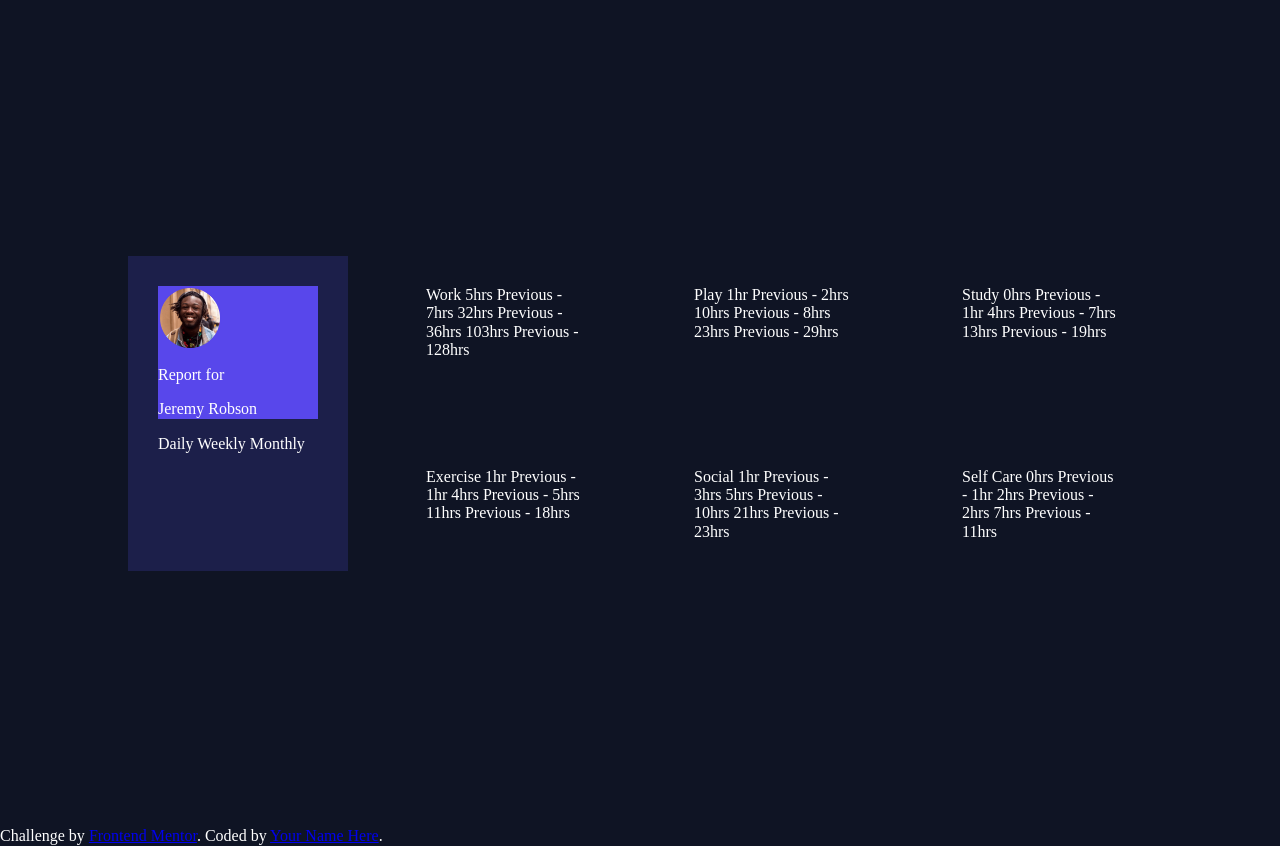
Repository: Jay-JYKim91/FM_time-tracking-dashboard
Page: index.html
These files come from the project's save history. The page is drawn as it stood at one moment and after the next save; the edit follows.
The browser window is 1280 px wide. The pictures show the whole page.

Above is the page before, as saved 2021-12-15 22:18:53.

### index.html
<!DOCTYPE html>
<html lang="en">
<head>
  <meta charset="UTF-8">
  <meta name="viewport" content="width=device-width, initial-scale=1.0"> <!-- displays site properly based on user's device -->

  <link rel="icon" type="image/png" sizes="32x32" href="./images/favicon-32x32.png">

  <title>Time tracking dashboard</title>
  <link rel="stylesheet" href="https://cdnjs.cloudflare.com/ajax/libs/normalize/8.0.1/normalize.min.css" integrity="sha512-NhSC1YmyruXifcj/KFRWoC561YpHpc5Jtzgvbuzx5VozKpWvQ+4nXhPdFgmx8xqexRcpAglTj9sIBWINXa8x5w==" crossorigin="anonymous" referrerpolicy="no-referrer" />
  <link rel="preconnect" href="https://fonts.googleapis.com">
  <link rel="preconnect" href="https://fonts.gstatic.com" crossorigin>
  <link href="https://fonts.googleapis.com/css2?family=Rubik:wght@300;400;500&display=swap" rel="stylesheet">
  <link rel="stylesheet" href="style.css">
  <script src="main.js" defer></script>
</head>
<body>
  <section class="container">
    <article class="card">
        <div>
          <div class="profile-img-box">
            <img src="./images/image-jeremy.png" alt="jeremy" class="profile">
          </div>
          <p>Report for</p>
          <p class="name">Jeremy Robson</p>
        </div>
        Daily
        Weekly
        Monthly
    </article>
    <article class="card">
      Work
  5hrs <!-- daily -->
  Previous - 7hrs <!-- daily -->
  32hrs <!-- weekly -->
  Previous - 36hrs <!-- weekly -->
  103hrs <!-- monthly -->
  Previous - 128hrs <!-- monthly -->
    </article>
    <article class="card">
      Play
  1hr <!-- daily -->
  Previous - 2hrs <!-- daily -->
  10hrs <!-- weekly -->
  Previous - 8hrs <!-- weekly -->
  23hrs <!-- monthly -->
  Previous - 29hrs <!-- monthly -->


    </article>
    <article class="card">
      Study
  0hrs <!-- daily -->
  Previous - 1hr <!-- daily -->
  4hrs <!-- weekly -->
  Previous - 7hrs <!-- weekly -->
  13hrs <!-- monthly -->
  Previous - 19hrs <!-- monthly -->


    </article>
    <article class="card">
      Exercise
  1hr <!-- daily -->
  Previous - 1hr <!-- daily -->
  4hrs <!-- weekly -->
  Previous - 5hrs <!-- weekly -->
  11hrs <!-- monthly -->
  Previous - 18hrs <!-- monthly -->


    </article>
    <article class="card">
      Social
  1hr <!-- daily -->
  Previous - 3hrs <!-- daily -->
  5hrs <!-- weekly -->
  Previous - 10hrs <!-- weekly -->
  21hrs <!-- monthly -->
  Previous - 23hrs <!-- monthly -->


    </article>
    <article class="card">
      Self Care
  0hrs <!-- daily -->
  Previous - 1hr <!-- daily -->
  2hrs <!-- weekly -->
  Previous - 2hrs <!-- weekly -->
  7hrs <!-- monthly -->
  Previous - 11hrs <!-- monthly -->
    </article>
  </section>








  <div class="attribution">
    Challenge by <a href="https://www.frontendmentor.io?ref=challenge" target="_blank">Frontend Mentor</a>.
    Coded by <a href="#">Your Name Here</a>.
  </div>
</body>
</html>

### style.css
:root {
  --body-font: "Rubik", sans-serif;

  --blue: hsl(246, 80%, 60%);
  --light-red: hsl(15, 100%, 70%);
  --soft-blue: hsl(195, 74%, 62%);
  --light-red: hsl(348, 100%, 68%);
  --lime-green: hsl(145, 58%, 55%);
  --violet: hsl(264, 64%, 52%);
  --soft-orange: hsl(43, 84%, 65%);
  --very-dark-blue: hsl(226, 43%, 10%);
  --dark-blue: hsl(235, 46%, 20%);
  --desaturated-blue: hsl(235, 45%, 61%);
  --pale-blue: hsl(236, 100%, 87%);
}
/* --Light red (work): hsl(15, 100%, 70%)
--Soft blue (play): hsl(195, 74%, 62%)
--Light red (study): hsl(348, 100%, 68%)
--Lime green (exercise): hsl(145, 58%, 55%)
--Violet (social): hsl(264, 64%, 52%) */
body {
  background-color: var(--very-dark-blue);
  color: white;
}
.container {
  width: 80vw;
  margin: 20% auto;
  display: grid;
  grid-template-columns: repeat(4, 1fr);
  gap: 3em;
}
.card {
  padding: 30px;
}
.card:first-child {
  grid-row: 1 / 3;
  background-color: var(--dark-blue);
}
.card:first-child div {
  background-color: var(--blue);
}
.profile-img-box {
  width: 64px;
  height: 64px;
  border-radius: 50%;
  background-color: white;
}
.profile {
  width: 60px;
  margin: 2px;
}
@media (min-width: 768px) and (max-width: 1023px) {
}

@media (max-width: 767px) {
}

Loaded but not shown: main.js (empty)

After the next save:
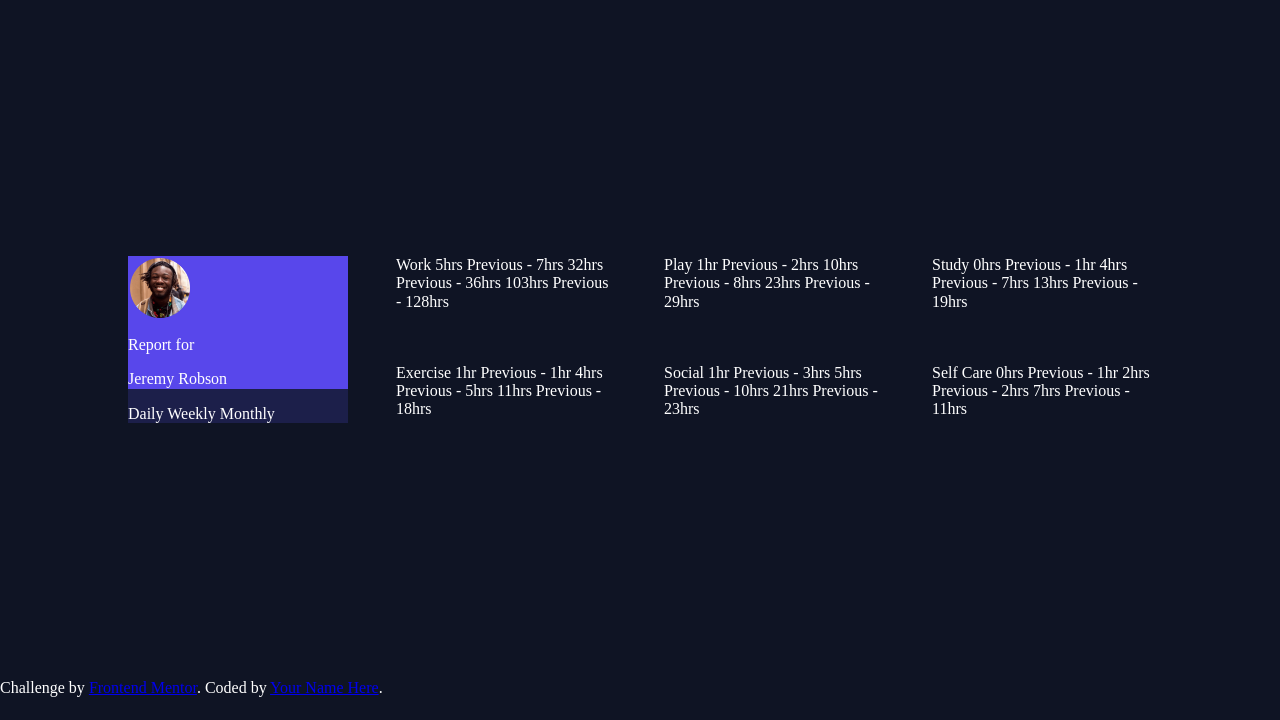
Saved 99 s later.
--- a/style.css
+++ b/style.css
@@ -30,7 +30,7 @@ body {
   gap: 3em;
 }
 .card {
-  padding: 30px;
+  /* padding: 30px; */
 }
 .card:first-child {
   grid-row: 1 / 3;
